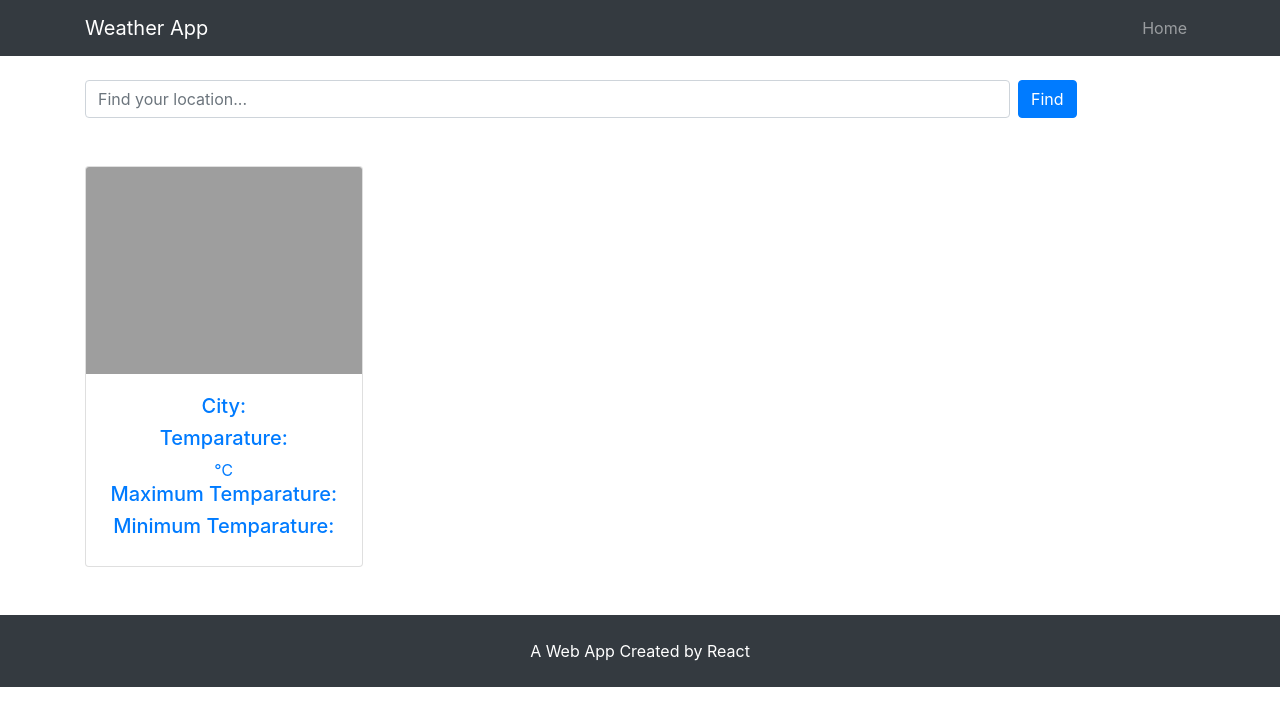
Repository: smk87/weather-app-react
Page: /
The author's editor kept a copy of each file at every save. The page is drawn from the files as they stood at one save, then again after a run of saves.
The browser window is 1280 px wide. The pictures show the whole page.
Pictures or frames that could not be fetched are drawn as grey boxes. The page's requests for data from a server got no answer. Some web libraries are served in a nearby version. The project was rebuilt for these pictures with package versions that can differ from the ones it lists, and the page was loaded fresh each time. A package was used in the major version that the imports need, not the one package.json lists. No one was signed in, and anything a server would have sent is missing.

Above is the page before, as saved 2019-02-06 16:52:14.

### public/index.html
<!DOCTYPE html>
<html lang="en">
  <head>
    <meta charset="utf-8" />
    <link rel="shortcut icon" href="%PUBLIC_URL%/favicon.ico" />
    <meta
      name="viewport"
      content="width=device-width, initial-scale=1, shrink-to-fit=no"
    />
    <meta name="theme-color" content="#000000" />
    <!--
      manifest.json provides metadata used when your web app is added to the
      homescreen on Android. See https://developers.google.com/web/fundamentals/web-app-manifest/
    -->
    <link rel="manifest" href="%PUBLIC_URL%/manifest.json" />
    <link
      rel="stylesheet"
      href="https://stackpath.bootstrapcdn.com/bootstrap/4.2.1/css/bootstrap.min.css"
      integrity="sha384-GJzZqFGwb1QTTN6wy59ffF1BuGJpLSa9DkKMp0DgiMDm4iYMj70gZWKYbI706tWS"
      crossorigin="anonymous"
    />
    <script
      defer
      src="https://use.fontawesome.com/releases/v5.6.3/js/all.js"
      integrity="sha384-EIHISlAOj4zgYieurP0SdoiBYfGJKkgWedPHH4jCzpCXLmzVsw1ouK59MuUtP4a1"
      crossorigin="anonymous"
    ></script>
    <!--
      Notice the use of %PUBLIC_URL% in the tags above.
      It will be replaced with the URL of the `public` folder during the build.
      Only files inside the `public` folder can be referenced from the HTML.

      Unlike "/favicon.ico" or "favicon.ico", "%PUBLIC_URL%/favicon.ico" will
      work correctly both with client-side routing and a non-root public URL.
      Learn how to configure a non-root public URL by running `npm run build`.
    -->
    <title>React App</title>
  </head>
  <body>
    <noscript>You need to enable JavaScript to run this app.</noscript>
    <div id="root"></div>
    <!--
      This HTML file is a template.
      If you open it directly in the browser, you will see an empty page.

      You can add webfonts, meta tags, or analytics to this file.
      The build step will place the bundled scripts into the <body> tag.

      To begin the development, run `npm start` or `yarn start`.
      To create a production bundle, use `npm run build` or `yarn build`.
    -->

    <script
      src="https://code.jquery.com/jquery-3.3.1.slim.min.js"
      integrity="sha384-q8i/X+965DzO0rT7abK41JStQIAqVgRVzpbzo5smXKp4YfRvH+8abtTE1Pi6jizo"
      crossorigin="anonymous"
    ></script>
    <script
      src="https://cdnjs.cloudflare.com/ajax/libs/popper.js/1.14.6/umd/popper.min.js"
      integrity="sha384-wHAiFfRlMFy6i5SRaxvfOCifBUQy1xHdJ/yoi7FRNXMRBu5WHdZYu1hA6ZOblgut"
      crossorigin="anonymous"
    ></script>
    <script
      src="https://stackpath.bootstrapcdn.com/bootstrap/4.2.1/js/bootstrap.min.js"
      integrity="sha384-B0UglyR+jN6CkvvICOB2joaf5I4l3gm9GU6Hc1og6Ls7i6U/mkkaduKaBhlAXv9k"
      crossorigin="anonymous"
    ></script>
  </body>
</html>

### src/App.js
import React, { Component } from "react";
import { BrowserRouter as Router, Route, Switch } from "react-router-dom";
import logo from "./logo.svg";
import "./App.css";

//Import Layout Components
import NavBar from "./components/NavBar";
import Footer from "./components/Footer";
import Home from "./components/Home";

class App extends Component {
  render() {
    return (
      <Router>
        <div className="App">
          <NavBar />
          <Route exact path="/" component={Home} />
          <Footer />
        </div>
      </Router>
    );
  }
}

export default App;

### src/components/NavBar.js
import React, { Component } from "react";
import { Link } from "react-router-dom";

export default class NavBar extends Component {
  render() {
    return (
      <div>
        <nav className="navbar navbar-expand-sm navbar-dark bg-dark mb-4">
          <div className="container">
            <Link className="navbar-brand" to="/">
              Weather App
            </Link>
            <button
              className="navbar-toggler"
              type="button"
              data-toggle="collapse"
              data-target="#mobile-nav"
            >
              <span className="navbar-toggler-icon" />
            </button>

            <div className="collapse navbar-collapse" id="mobile-nav">
              <ul className="navbar-nav mr-auto" />
              <ul className="navbar-nav ml-auto">
                <li className="nav-item">
                  <Link className="nav-link" to="/">
                    Home
                  </Link>
                </li>
              </ul>
            </div>
          </div>
        </nav>
      </div>
    );
  }
}

### src/components/Footer.js
import React from "react";

export default function Footer() {
  return (
    <footer className="bg-dark text-white mt-5 p-4 text-center">
      A Web App Created by React
    </footer>
  );
}

### src/components/Home.js
import React, { Component } from "react";
import { Link } from "react-router-dom";
import Weather from "./Weather";

export default class Home extends Component {
  constructor() {
    super();

    this.state = {
      search: ""
    };
  }
  onChange = e => {
    this.setState({
      [e.target.name]: e.target.value
    });
  };
  onSubmit = e => {
    e.preventDefault();
    console.log(this.state);
  };

  render() {
    return (
      <div>
        <div className="container">
          <form onSubmit={this.onSubmit} action="#" className="form-inline">
            <input
              type="text"
              name="search"
              className="form-control col-md-10"
              placeholder="Find your location..."
              value={this.state.search}
              onChange={this.onChange}
            />
            <input
              type="submit"
              className="ml-2 btn btn-primary"
              value="Find"
            />
          </form>
          <Link to="/weather/:woeid">
            <Weather id="2344116" />
          </Link>
        </div>
      </div>
    );
  }
}

### src/components/Weather.js
import React, { Component } from "react";
import axios from "axios";

export default class Weather extends Component {
  constructor() {
    super();

    this.state = {
      cityname: "",
      id: "",
      temp: "",
      maxtemp: "",
      mintemp: "",
      icon: ""
    };
  }

  componentWillMount() {
    this.setState({ id: this.props.id });

    const url = `weather/weather.php?command=location&woeid=${this.props.id}`;
    console.log(url);
    axios
      .get(url) //Used proxy to connect with local wamp server
      .then(res => {
        console.log(res.data);
        this.setState({
          cityname: res.data.title,
          temp: res.data.consolidated_weather[0].the_temp,
          maxtemp: res.data.consolidated_weather[0].max_temp
        });
      })
      .catch(err => console.log(err));
  }

  render() {
    return (
      <div className="mt-5 mr-2 h-50 w-25 card">
        <div>
          <img
            src="http://3.bp.blogspot.com/-9j20aNDWQFk/UQgZBMrATQI/AAAAAAAAlXM/b2d4T6ZvFbo/s1600/598.jpg"
            className="card-img-top"
            alt="..."
          />
        </div>
        <div className="card-body">
          <div className="card-text">
            <h5>City: </h5> {this.state.cityname}
          </div>
          <div className="card-text">
            <h5>Temparature: </h5> {this.state.temp}
            <span>&#8451;</span>
          </div>
          <div className="card-text">
            {" "}
            <h5>Maximum Temparature: </h5> {this.state.maxtemp}
          </div>
          <div className="card-text">
            {" "}
            <h5>Minimum Temparature: </h5>
            {this.state.mintemp}
          </div>
          <icon />
        </div>
      </div>
    );
  }
}

Loaded but not shown: src/index.js (common file); src/index.css (common file); src/serviceWorker.js (common file); src/App.css (common file)

After the next 2 saves:
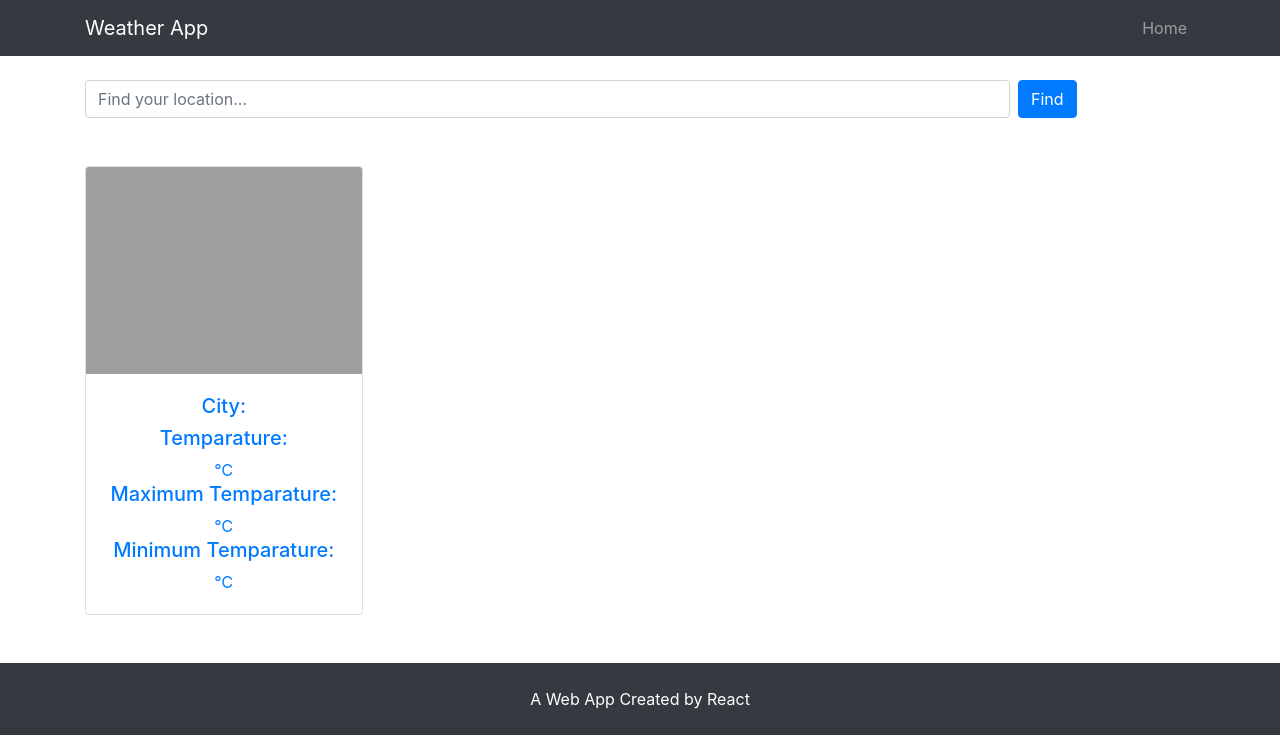
The 2 saves are shown as one change because they came seconds apart.
The last was saved 13 s later.
--- a/src/components/Weather.js
+++ b/src/components/Weather.js
@@ -54,11 +54,13 @@ export default class Weather extends Component {
           <div className="card-text">
             {" "}
             <h5>Maximum Temparature: </h5> {this.state.maxtemp}
+            <span>&#8451;</span>
           </div>
           <div className="card-text">
             {" "}
             <h5>Minimum Temparature: </h5>
             {this.state.mintemp}
+            <span>&#8451;</span>
           </div>
           <icon />
         </div>
